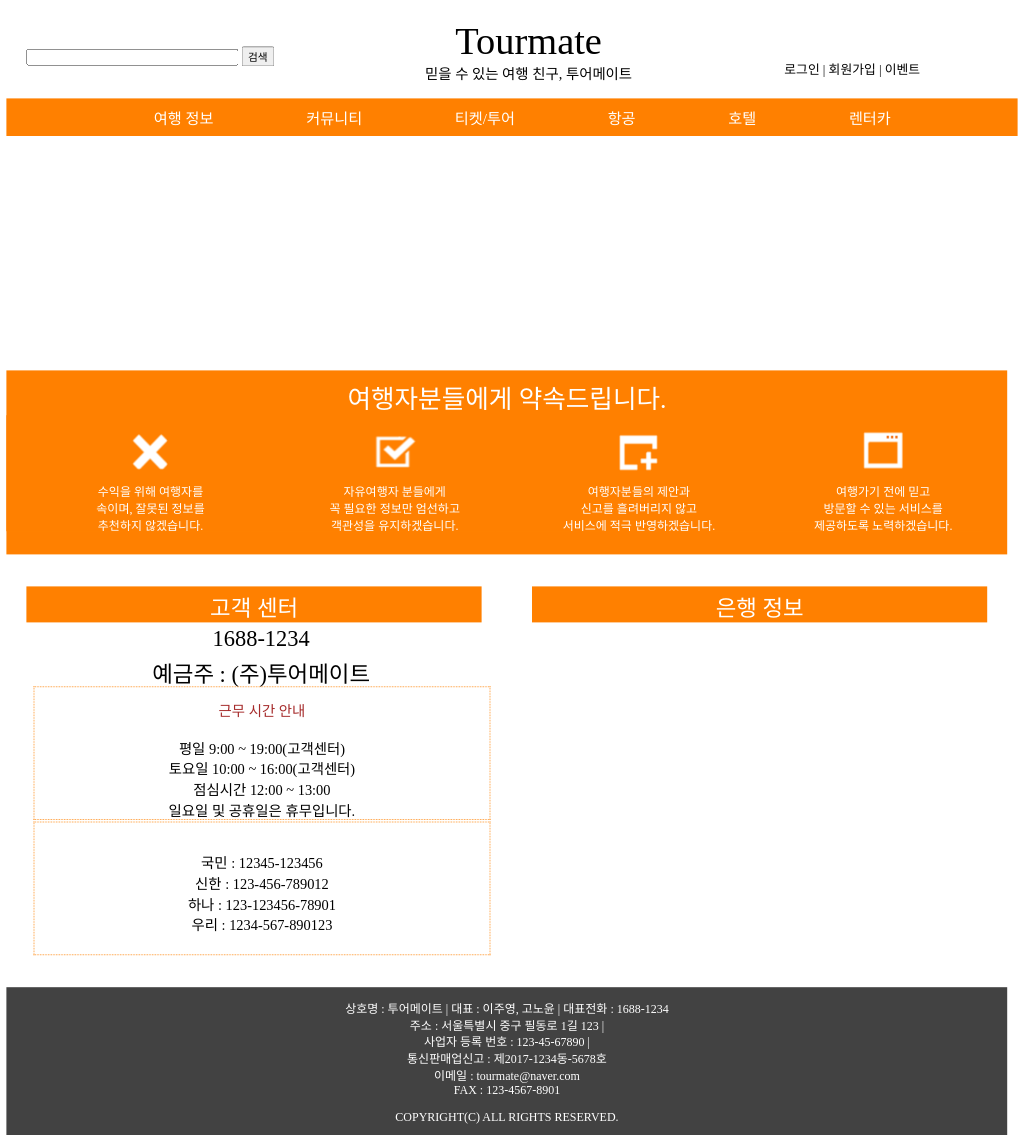
Repository: nohyoonko/2017-2-WP-Tourmate
Page: http://localhost/Tourmate/항공_ok.jsp
An editor plug-in stored every save of this project. The page is shown before and after the next save, followed by the edit.
The browser window is 1280 px wide. The pictures show the whole page, at 80% of full size.
Some web libraries are served in a nearby version. The page is served by Tomcat 9.

Above is the page before, as saved 2017-12-06 13:17:53.

After the next save:
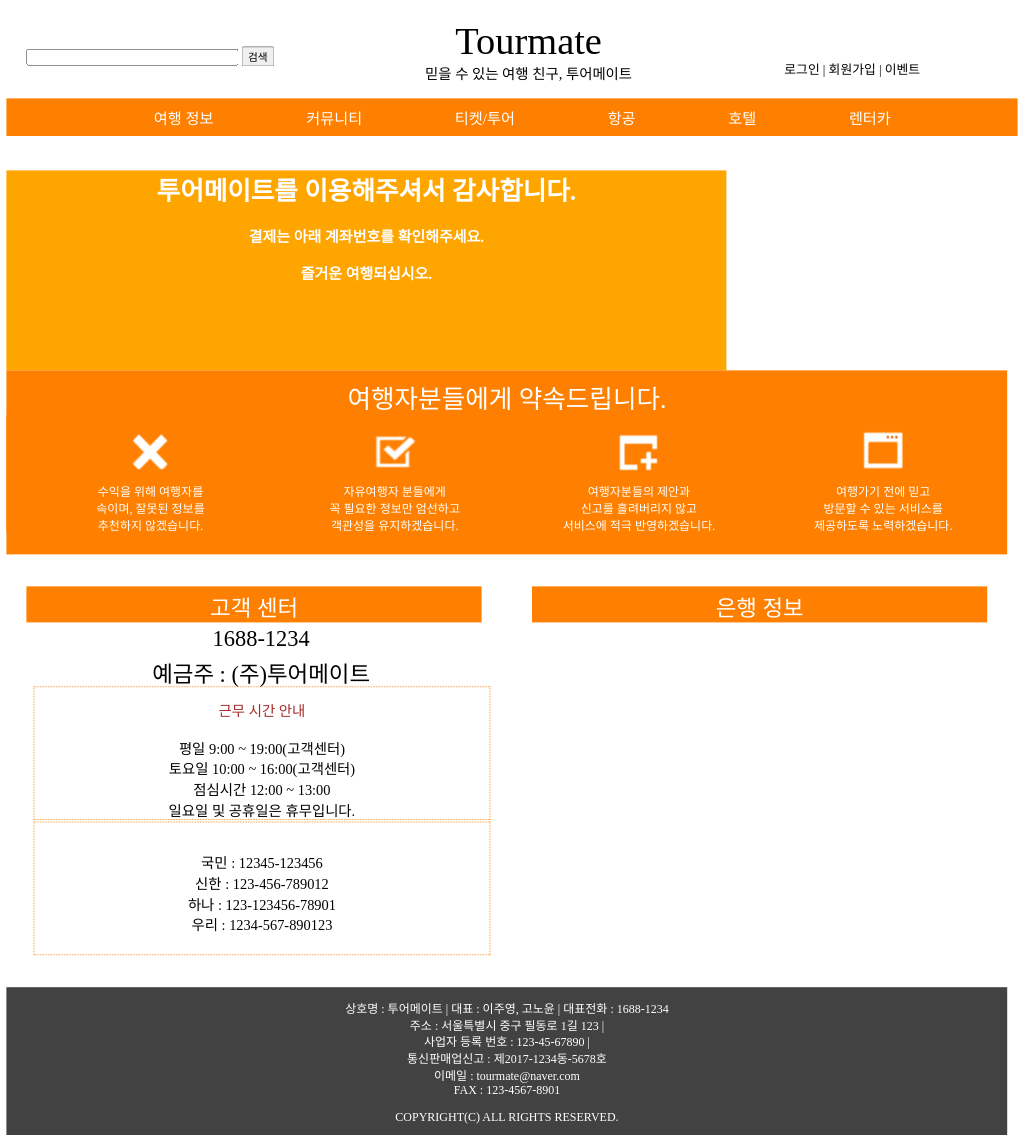
Saved 20 s later.
--- a/eclipse-workspace/Tourmate/WebContent/항공_ok.jsp
+++ b/eclipse-workspace/Tourmate/WebContent/항공_ok.jsp
@@ -10,6 +10,7 @@
          height:250px;
          width:900px;
          color:white;
+         background:orange;
       }
 		</style>
 	</head>
